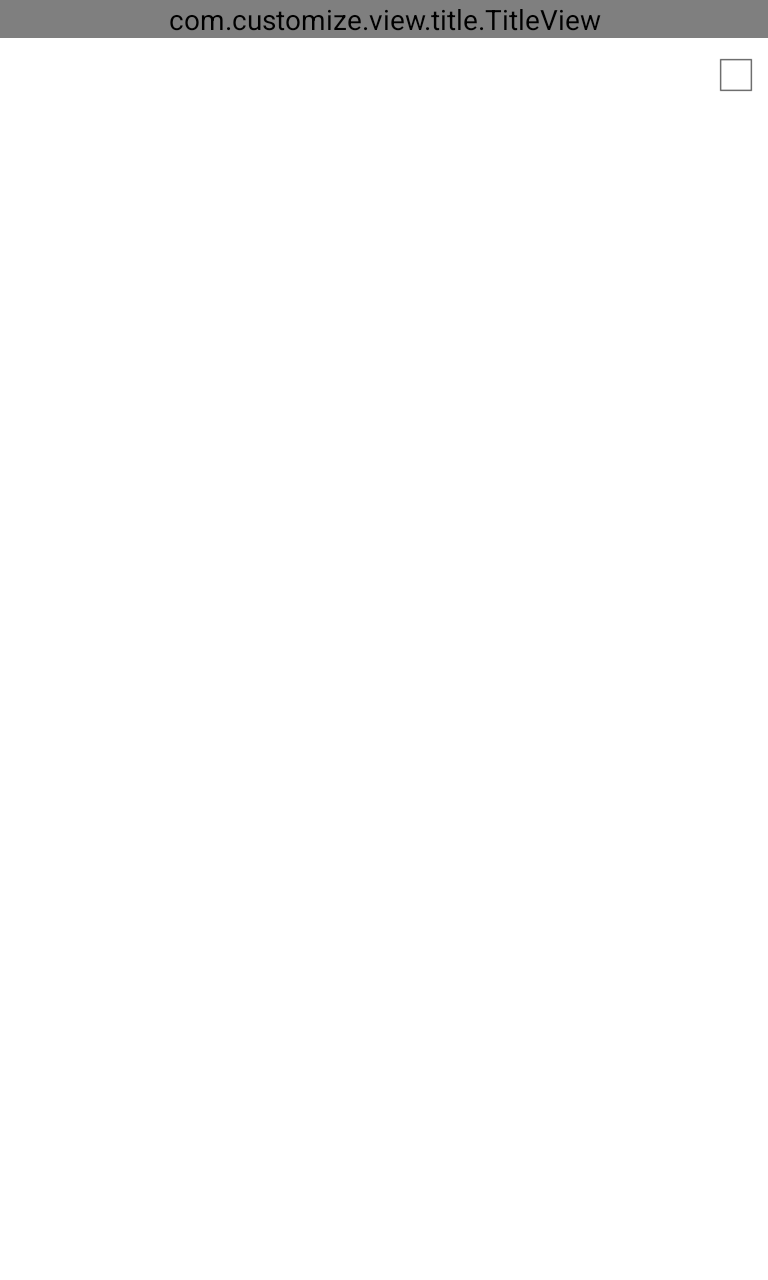
Repository: hero007asd/pin
Layout: Pin/res/layout/view_expandlist_group.xml
These files come from the project's save history. The layout is drawn as it stood at one moment and after the next save; the edit follows.
Pictures or frames that could not be fetched are drawn as grey boxes. It is drawn on a 768 x 1280 px phone screen (xhdpi) without system bars, with theme AppTheme; the app's code is not run.

Above is the layout before, as saved 2014-07-04 10:30:22.

After the next save:
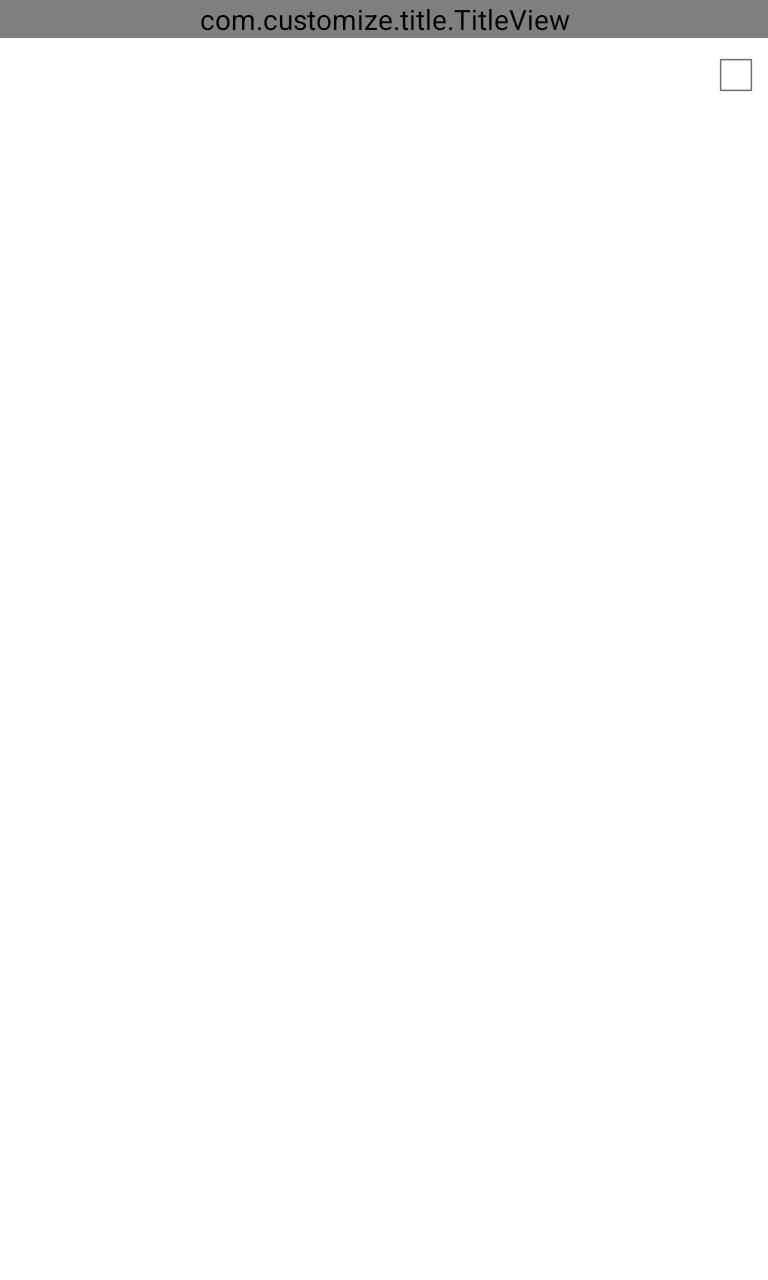
Saved 34 s later.
--- a/Pin/res/layout/view_expandlist_group.xml
+++ b/Pin/res/layout/view_expandlist_group.xml
@@ -6,7 +6,7 @@
     android:stretchColumns="1"
     android:paddingTop="0dip"
     android:layout_gravity="top" >
-    <com.customize.view.title.TitleView android:id="@+id/title_view"
+    <com.customize.title.TitleView android:id="@+id/title_view"
         android:layout_width="match_parent"
         android:layout_height="wrap_content"/>
     <TableRow >
